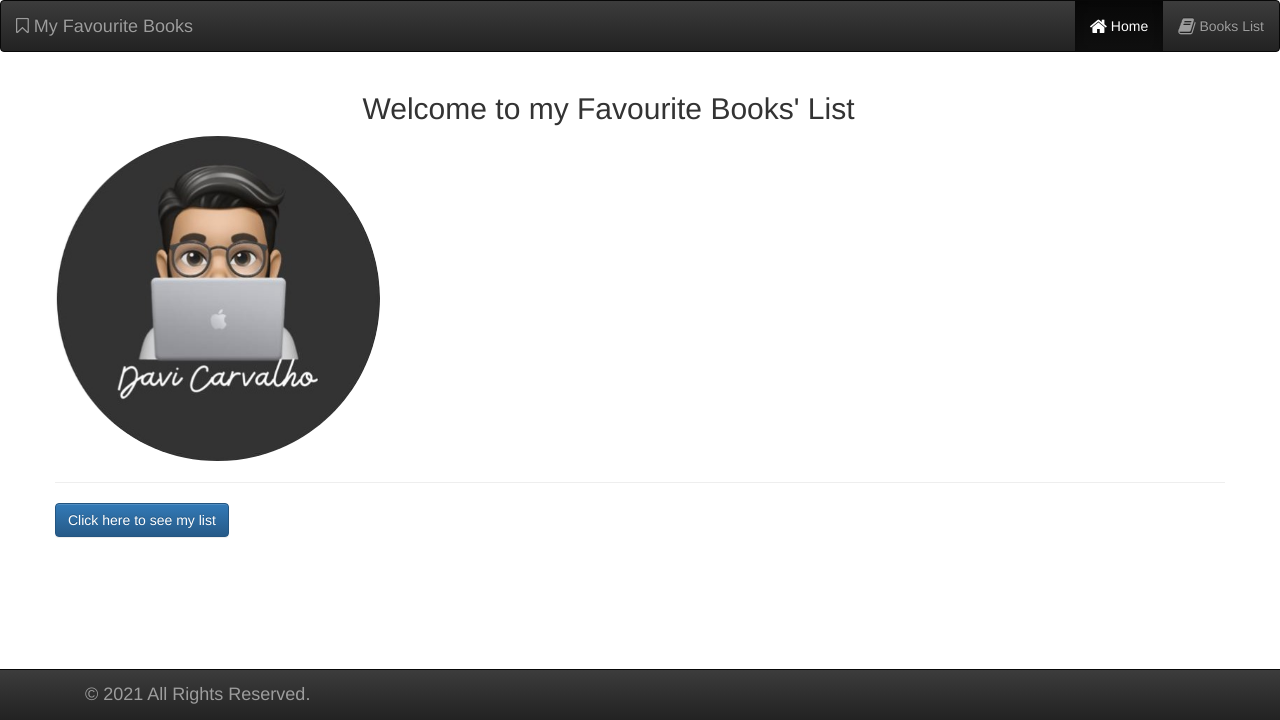
Repository: daviccarvalho/COMP229-M2021-Midterm-301154671
Page: http://localhost/
An editor plug-in stored every save of this project. The page is shown before and after the next save, followed by the edit.
The browser window is 1280 px wide. The pictures show the whole page.
The page is served by the project's Node server (server.js).

Above is the page before, as saved 2021-06-22 19:04:44.

After the next save:
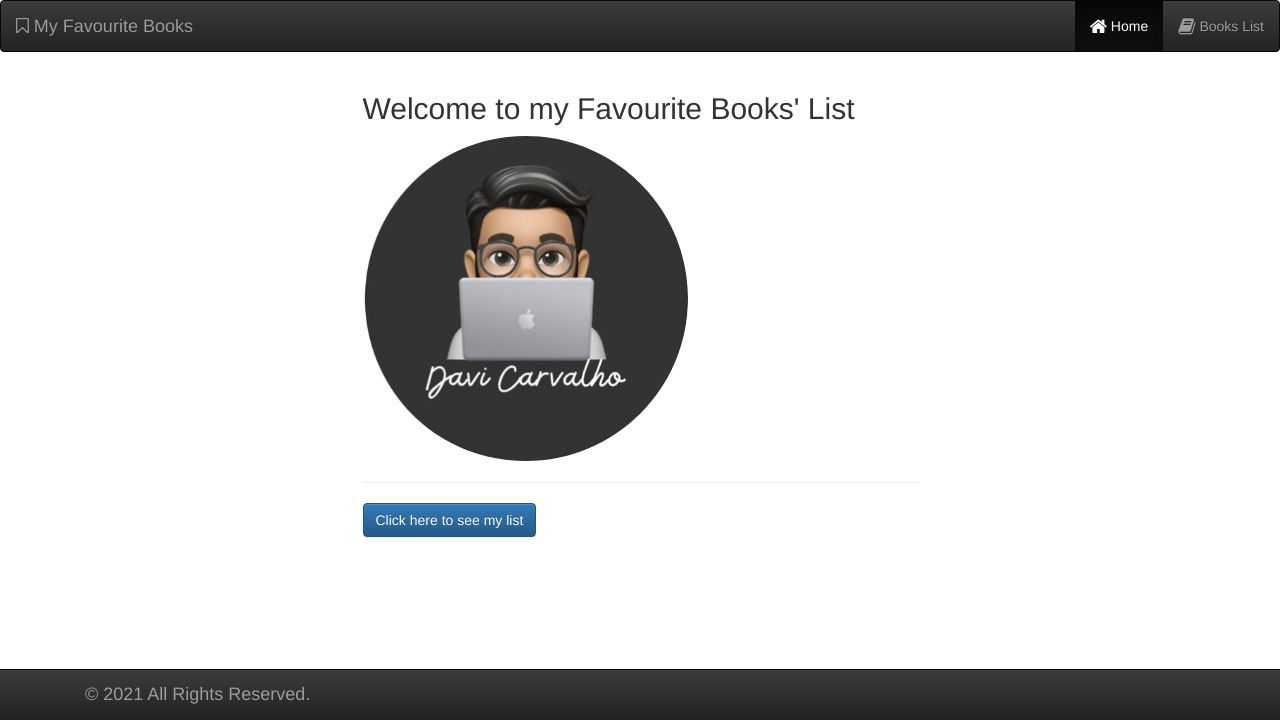
Saved 16 s later.
--- a/server/views/content/index.ejs
+++ b/server/views/content/index.ejs
@@ -11,8 +11,6 @@ June 22, 2021
       <div class="row">
         <div class="col-md-offset-3 col-md-6">
           <h2>Welcome to my Favourite Books' List</h2>
-        </div>
-        <div class="ps-4">
         <img src="../../Assets/images/logo.svg" class="pe-4 d-block img-fluid align-top">
       <hr class="my-4">
         <div class="mx-auto" style="width: 200px;">
